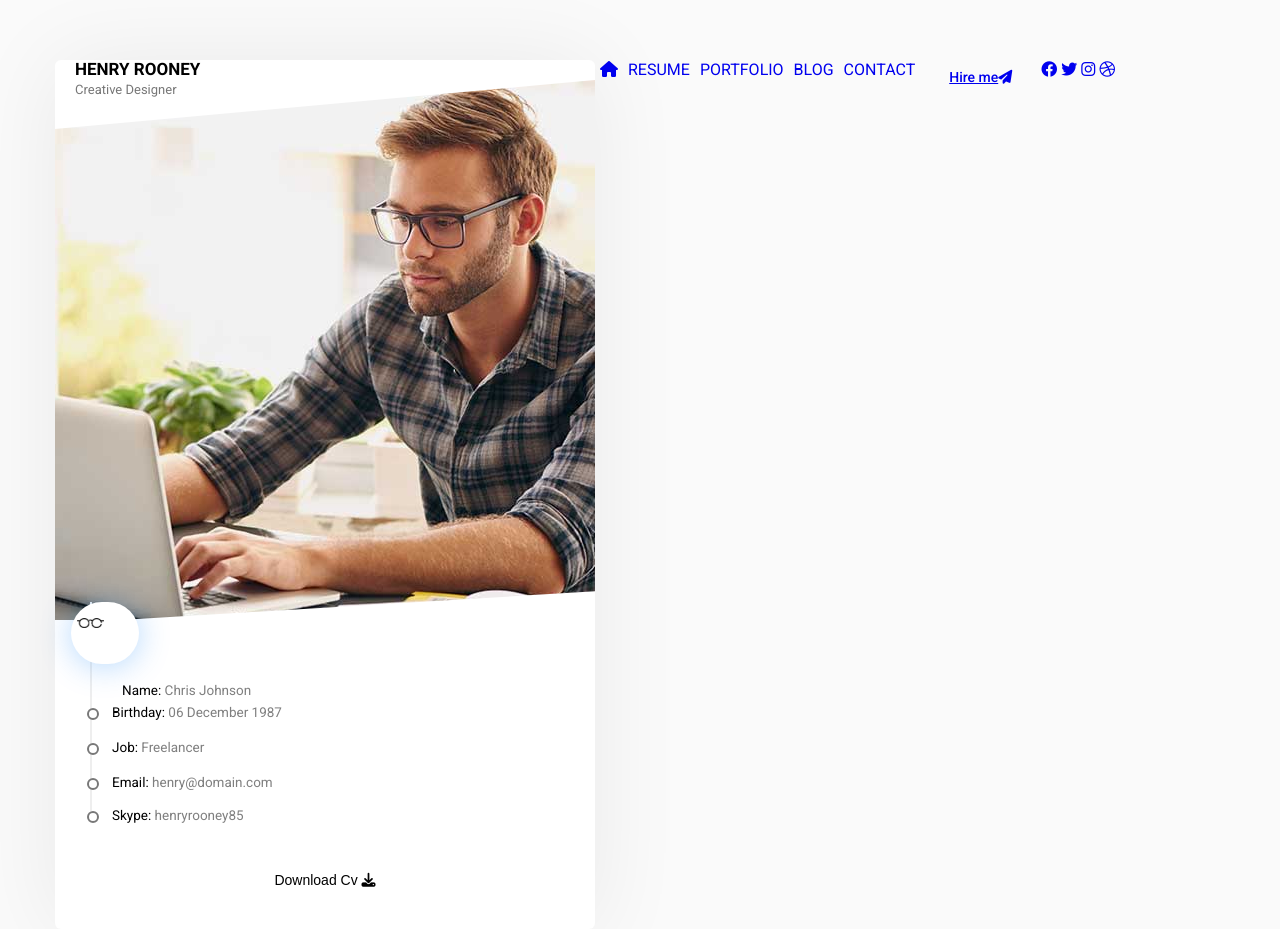
Repository: Lehuyhuynh/mat
Page: index.html
These files come from the project's save history. The page is drawn as it stood at one moment and after the next save; the edit follows.
The browser window is 1280 px wide. The pictures show the whole page.

Above is the page before, as saved 2023-04-12 14:10:52.

After the next save:
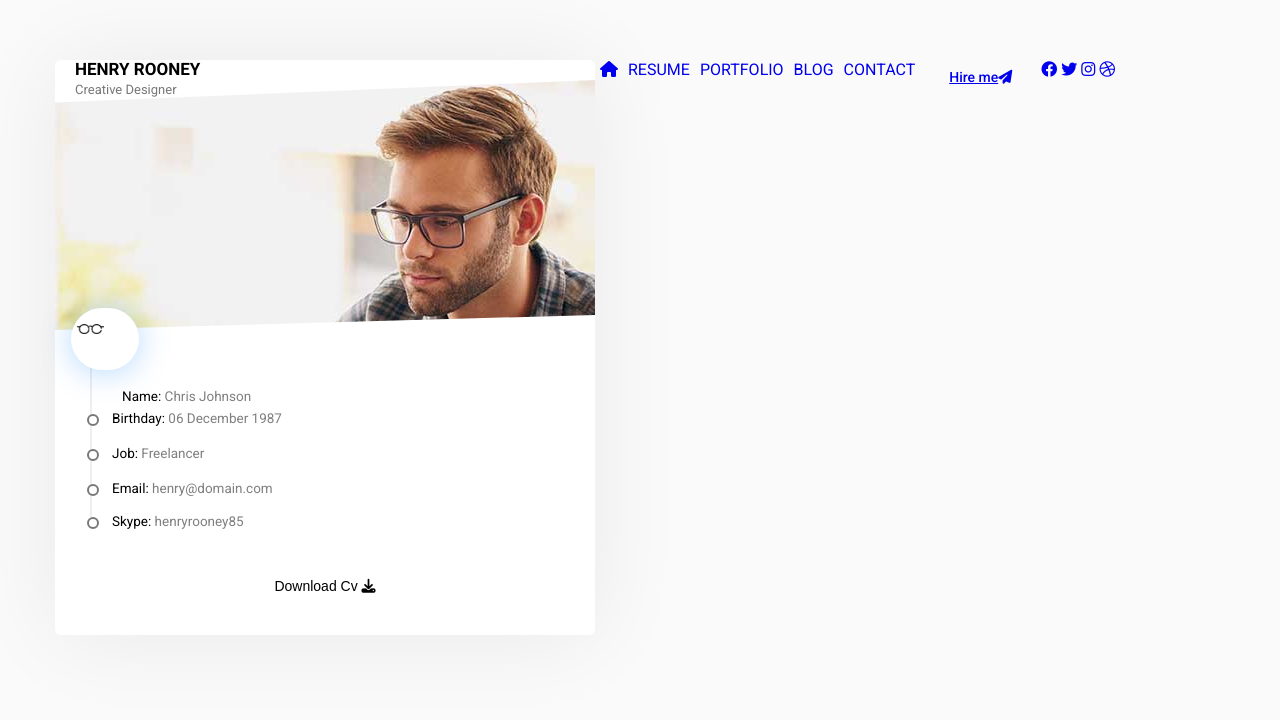
Saved 13 s later.
--- a/style.css
+++ b/style.css
@@ -84,7 +84,7 @@
                    margin-top: -18px;
                    -webkit-clip-path: polygon(0 9%, 100% 0, 100% 94%, 0% 100%);
                     clip-path: polygon(0 9%, 100% 0, 100% 94%, 0% 100%);
-                    height: px;
+                    height: 250px;
 
 }
 .profile-img img{
